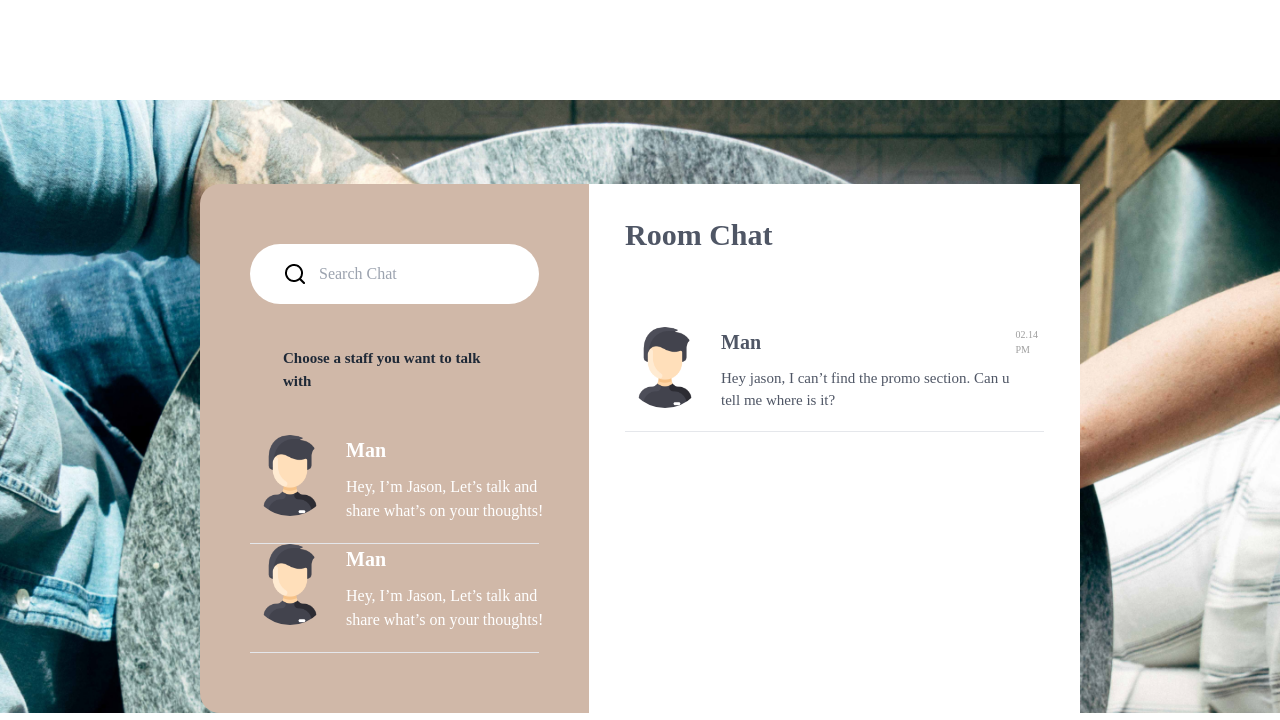
Repository: boykebn/fw12-collab2-FRONTEND
Page: /chat (app in our/)
The author's editor kept a copy of each file at every save. The page is drawn from the files as they stood at one save, then again after the next save.
The browser window is 1280 px wide. The pictures show the whole page.
The project was rebuilt for these pictures with package versions that can differ from the ones it lists, and the page was loaded fresh each time. The framework's server and built-in components were replaced by stand-ins that run in the browser. Also part of the build but not shown: our/next.config.js.

Above is the page before, as saved 2023-01-01 00:13:51.

### our/pages/_app.js
import "../styles/globals.css";
import { Provider } from "react-redux";
import { store } from "../redux/store";

export default function App({ Component, pageProps }) {
  return (
    <Provider store={store}>
      <Component {...pageProps} />
    </Provider>
  );
}

### our/pages/chat.js
import React from "react";
import Image from "next/image";
import search from "../assets/search.png";
import man from "../assets/man.png";

const Chat = () => {
  return (
    <div className="pt-[100px] font-poppins">
      <div className="bg-[url('../assets/background-chat.png')] bg-cover bg-no-repeat">
        <div className="pt-[84px] px-[200px] flex ">
          <div className=" py-[60px] px-[50px]  bg-[#d0b8a8] rounded-l-[20px]">
            <div className="border-1 flex items-center bg-white py-[18px] pl-[35px] pr-[40px] rounded-[30px] mb-[43px]">
              <Image src={search} alt="search" className="mr-[14px]" />
              <input placeholder="Search Chat" className="focus:outline-none" />
            </div>
            <p className="text-[15px] font-bold mb-[43px] px-[33px]">
              Choose a staff you want to talk with
            </p>
            <div className="flex mb-[20px] text-white">
              <Image
                src={man}
                alt="man"
                className="w-[80px] h-[81px] mr-[16px] rounded-[50%]"
              />
              <div>
                <p className="text-[20px] font-bold mb-[10px]">Man</p>
                <p className="w-[210px]">
                  Hey, I’m Jason, Let’s talk and share what’s on your thoughts!
                </p>
              </div>
            </div>
            <hr />
            <div className="flex mb-[20px] text-white">
              <Image
                src={man}
                alt="man"
                className="w-[80px] h-[81px] mr-[16px] rounded-[50%]"
              />
              <div>
                <p className="text-[20px] font-bold mb-[10px]">Man</p>
                <p className="w-[210px]">
                  Hey, I’m Jason, Let’s talk and share what’s on your thoughts!
                </p>
              </div>
            </div>
            <hr />
          </div>
          <div className="bg-white px-[36px] py-[28px] w-[1133px]">
            <div>
              <p className="text-[#4F5665] text-[30px] font-bold leading-[45px] mb-[70px]">
                Room Chat
              </p>
              <div className="flex mb-[20px] text-white">
                <Image
                  src={man}
                  alt="man"
                  className="w-[80px] h-[81px] mr-[16px] rounded-[50%]"
                />
                <div>
                  <p className="text-[#4F5665] text-[20px] font-bold mb-[10px]">
                    Man
                  </p>
                  <p className="text-[#4F5665] text-[15px] leading-[22px]">
                    Hey jason, I can’t find the promo section. Can u tell me
                    where is it?
                  </p>
                </div>
                <span className="text-[#9F9F9F] text-[10px] leading-[15px]">
                  02.14 PM
                </span>
              </div>
              <hr />
              <div></div>
            </div>
          </div>
        </div>
      </div>
    </div>
  );
};

export default Chat;

### our/styles/globals.css
@tailwind base;
@tailwind components;
@tailwind utilities;

@import url("https://fonts.googleapis.com/css2?family=Poppins&family=Rubik&display=swap");
.btn {
  text-transform: none;
  width: 100%;
}
.input {
  width: 100%;
}

@media (min-width: 768px) {
  .bg-forgot-password {
    background-image: url("../images/forgotPasswordBg.png");
  }
}

### our/redux/store.js
import { configureStore } from '@reduxjs/toolkit';
import thunk from 'redux-thunk'
import reducer from './reducers';
import {persistStore} from 'redux-persist'

const store = configureStore({
    reducer,
    middleware: [thunk]
})

const persistor = persistStore(store)

export {store, persistor}

### our/redux/reducers/index.js
import {combineReducers} from '@reduxjs/toolkit';
import {persistReducer} from 'redux-persist'
import storage from 'redux-persist/lib/storage'
import auth from './auth'

const authConfig = {
    key: 'auth',
    storage
}

const reducer = combineReducers({
    auth: persistReducer(authConfig, auth),
})

export default reducer

### our/redux/reducers/auth.js
import {createSlice} from '@reduxjs/toolkit'

const initialState = {
    token: null
}

const authReducer = createSlice({
    name: 'auth',
    initialState,
    reducers: {
        logout: (state, action) => {
            return initialState
        }
    },
    extraReducers: (build) => {
    }
})

export const { logout } = authReducer.actions

export default authReducer.reducer

### our/tailwind.config.js
/** @type {import('tailwindcss').Config} */
module.exports = {
  content: [
    "./pages/**/*.{js,ts,jsx,tsx}",
    "./components/**/*.{js,ts,jsx,tsx}",
  ],
  theme: {
    extend: {
      fontFamily: {
        rubik: ["Rubik", "sans-serif"],
        poppins: ["Poppins"],
      },
      backgroundImage: {
        order_bg: "url('../images/bg-1.png')",
      },
    },
  },
  plugins: [require("daisyui")],
};

After the next save:
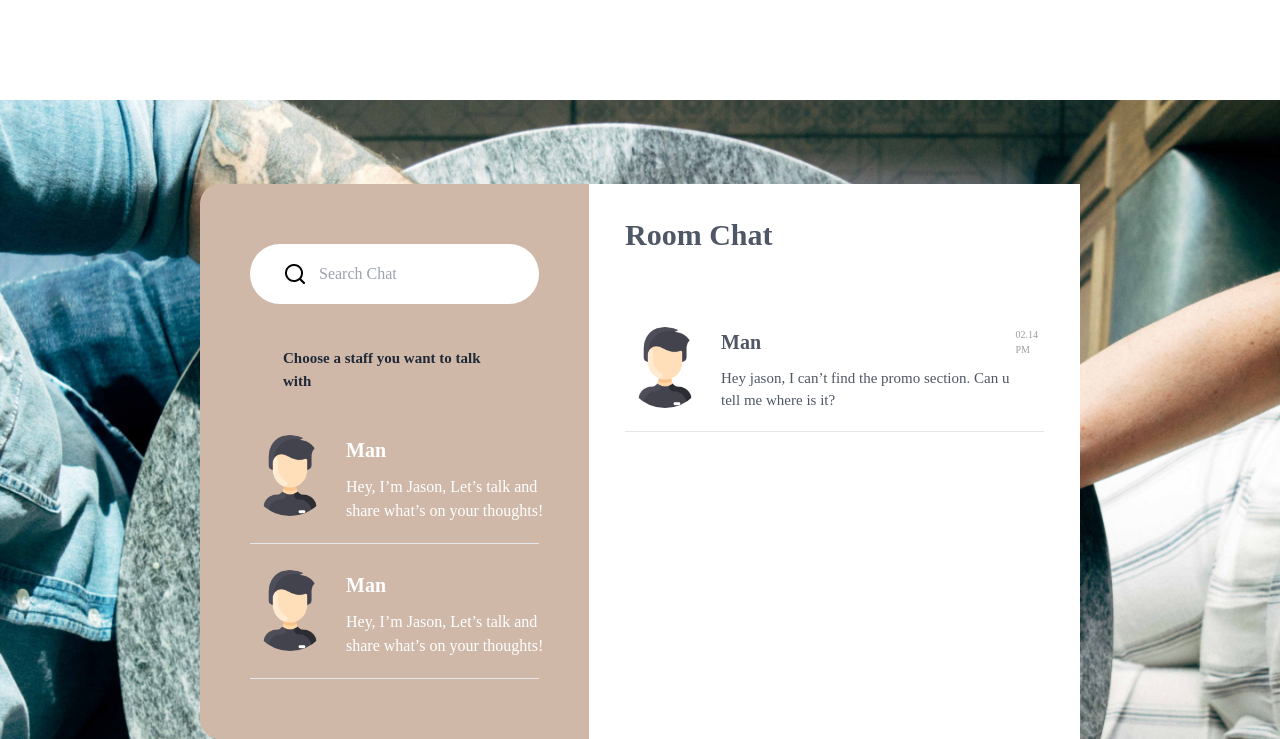
Saved 30 s later.
--- a/our/pages/chat.js
+++ b/our/pages/chat.js
@@ -29,7 +29,7 @@ const Chat = () => {
                 </p>
               </div>
             </div>
-            <hr />
+            <hr className="mb-[26px]" />
             <div className="flex mb-[20px] text-white">
               <Image
                 src={man}
